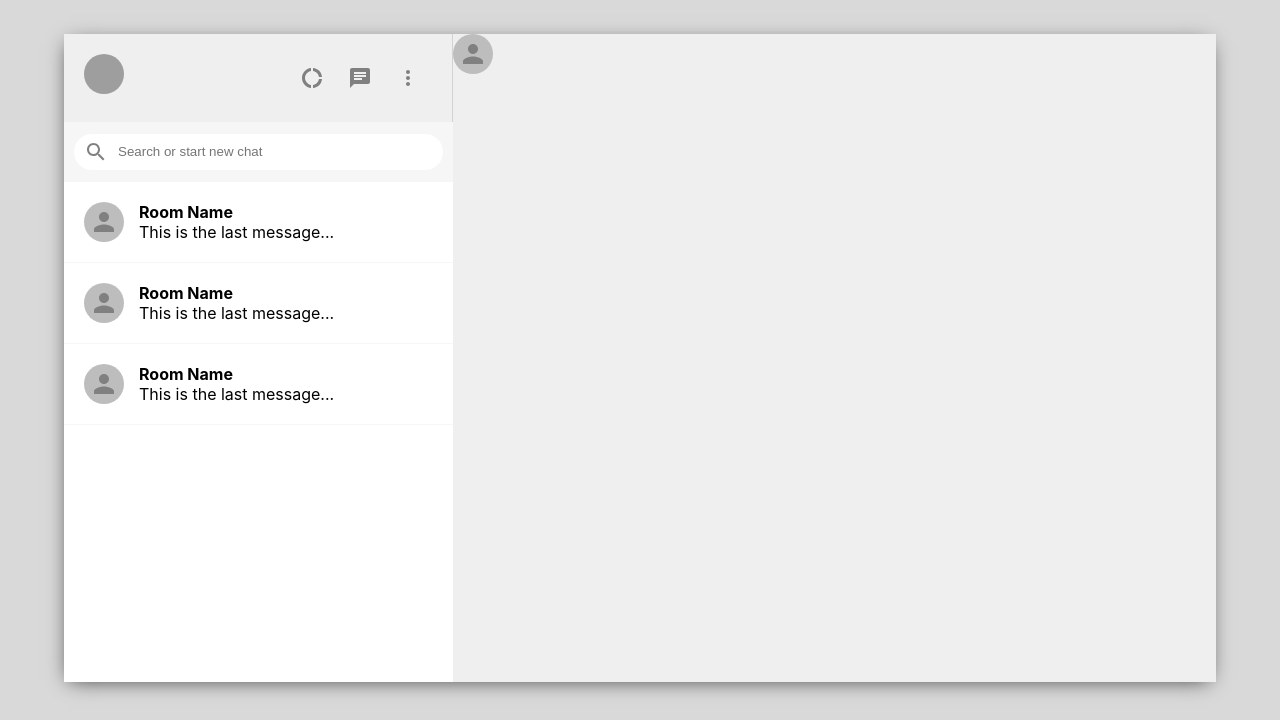
Repository: BogoGit/clone-whatsapp
Page: / (app in whatsapp-front/)
These files come from the project's save history. The page is drawn as it stood at one moment and after the next save; the edit follows.
The browser window is 1280 px wide. The pictures show the whole page.
Pictures or frames that could not be fetched are drawn as grey boxes. The project was rebuilt for these pictures with package versions that can differ from the ones it lists, and the page was loaded fresh each time.

Above is the page before, as saved 2020-11-18 21:00:13.

After the next save:
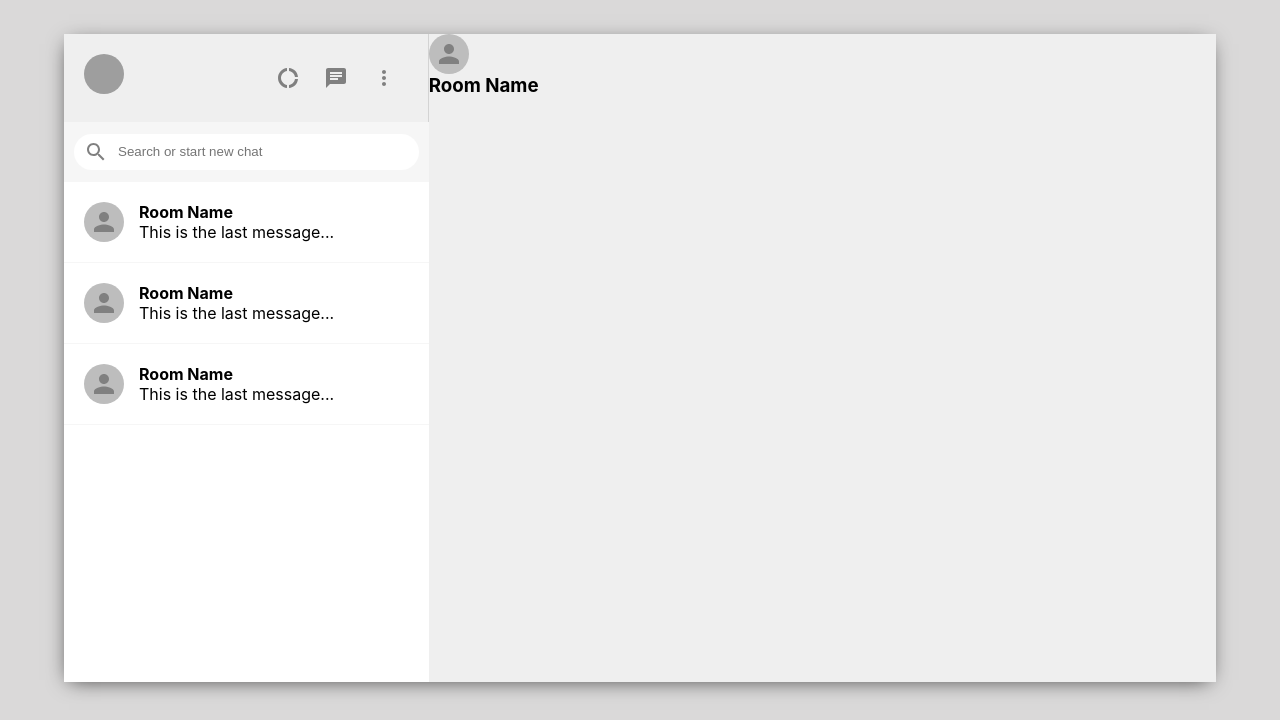
Saved 32 s later.
--- a/whatsapp-front/src/Components/Chat.js
+++ b/whatsapp-front/src/Components/Chat.js
@@ -6,6 +6,9 @@ const Chat = () => {
 		<div class='chat'>
 			<div className='chat__header'>
 				<Avatar />
+				<div className='chat__headerInfo'>
+					<h3>Room Name</h3>
+				</div>
 			</div>
 		</div>
 	)
